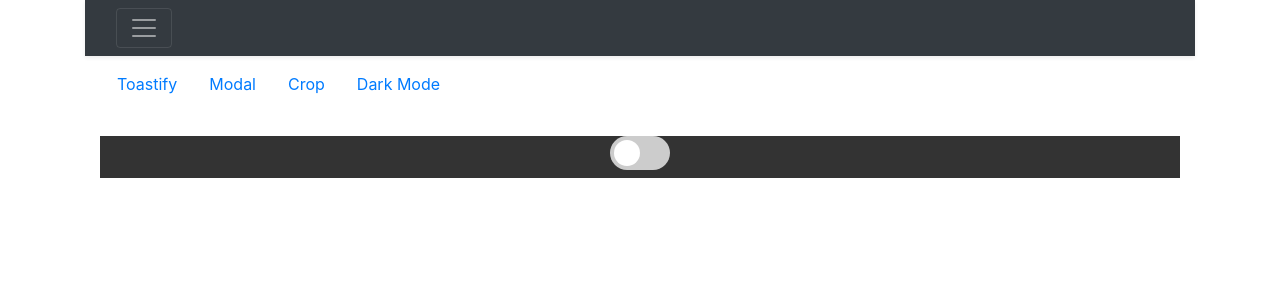
Repository: shankaraswal/react-multiple-ex
Page: /dark
An editor plug-in stored every save of this project. The page is shown before and after the next save, followed by the edit.
The browser window is 1280 px wide. The pictures show the whole page.
The project was rebuilt for these pictures with package versions that can differ from the ones it lists, and the page was loaded fresh each time. Also part of the build but not shown: src/components/Toastify/Toastify.js, src/components/common/CopyArea.js, src/components/ModalPop/ModalPop.js.

Above is the page before, as saved 2020-02-04 19:06:45.

### src/App.js
import React from 'react';
import {
  BrowserRouter as Router,
  Switch,
  Route
} from 'react-router-dom'

import Header from './components/common/Header'
import Navbar from './components/common/Navbar';

import Toastify from './components/Toastify/Toastify'
import ModalPop from './components/ModalPop/ModalPop'
import DarkMode from './components/DarkMode/DarkMode';

function App() {
  return (
    <div className="App container">
      <Router>
        <Header/>
       <Navbar />
        <Switch>
          <div className="container mt-4">
            <Route exact path='/' component={Toastify} />
            <Route path='/modal' component={ModalPop} />
            <Route path='/dark' component={DarkMode} />

          </div>

      </Switch>
      </Router>
    </div>
  );
}
export default App;

### src/components/common/Header.js

import React, { Component } from 'react'
import { NavLink } from 'react-router-dom'

export class Header extends Component {
  render() {
    return (
      <header>
  <div className="collapse bg-dark" id="navbarHeader">
    <div className="container">
      <div className="row">
        <div className="col-sm-8 col-md-7 py-4">
          <h4 className="text-white">About</h4>
          <p className="text-muted">Add some information about the album below, the author, or any other background context. Make it a few sentences long so folks can pick up some informative tidbits. Then, link them off to some social networking sites or contact information.</p>
        </div>
        <div className="col-sm-4 offset-md-1 py-4">
          <h4 className="text-white">Contact</h4>
          <ul className="list-unstyled">
            <li><NavLink className="text-white" to="/twitter">Follow on Twitter</NavLink></li>
            <li><NavLink className="text-white" to="/fb">Like on Facebook</NavLink></li>
            <li><NavLink className="text-white" to="/email">Email me</NavLink></li>
          </ul>
        </div>
      </div>
    </div>
  </div>
  <div className="navbar navbar-dark bg-dark shadow-sm">
    <div className="container d-flex justify-content-between">

      <button className="navbar-toggler" type="button" data-toggle="collapse" data-target="#navbarHeader" aria-controls="navbarHeader" aria-expanded="false" aria-label="Toggle navigation">
        <span className="navbar-toggler-icon"></span>
      </button>
    </div>
  </div>
</header>
    )
  }
}

export default Header

### src/components/common/Navbar.js
import React from 'react'
import { NavLink } from 'react-router-dom'

function Navbar (){

  return (
    <nav className="navbar navbar-right">
      <ul className="nav justify-content-end">
        <li className="nav-item">
          <NavLink className="nav-link" to="/">Toastify</NavLink>
        </li>
        <li className="nav-item">
          <NavLink className="nav-link" to="/modal">Modal</NavLink>
        </li>
        <li className="nav-item">
        <NavLink className="nav-link" to="/crop">Crop</NavLink>
        </li>
        <li className="nav-item">
        <NavLink className="nav-link" to="/dark">Dark Mode</NavLink>
        </li>
    </ul>
    </nav>
    )

}

export default Navbar

### src/components/DarkMode/DarkMode.js
import React, { useState, useEffect} from 'react'
import './DarkMode.css'

function DarkMode() {
  const [dark, setDark] = useState(false);

  return (
    <div className="dark-mode">
      <label className="switch">
        <input type="checkbox" onChange={()=>(setDark(!dark))} />
      <span className="slider round"></span>
    </label>
    </div>
  )
}
export default DarkMode;

### src/components/ModalPop/ModalPop.css
.App {
  text-align: center;
}

.App-logo {
  height: auto;
  pointer-events: none;
}

@media (prefers-reduced-motion: no-preference) {
  .App-logo {
    animation: App-logo-spin infinite 20s linear;
  }
}

.ReactModal__Overlay.ReactModal__Overlay--after-open {
  background-color: #000 !important;
}

.App-header {
  background-color: #282c34;
  min-height: auto;
  display: flex;
  flex-direction: column;
  align-items: center;
  justify-content: center;
  font-size: calc(10px + 2vmin);
  color: white;
}

.App-link {
  color: #61dafb;
}

@keyframes App-logo-spin {
  from {
    transform: rotate(0deg);
  }

  to {
    transform: rotate(360deg);
  }
}

### src/components/DarkMode/DarkMode.css
/* The switch - the box around the slider */
.switch {
  position: relative;
  display: inline-block;
  width: 60px;
  height: 34px;
}

/* Hide default HTML checkbox */
.switch input {
  opacity: 0;
  width: 0;
  height: 0;
}

/* The slider */
.slider {
  position: absolute;
  cursor: pointer;
  top: 0;
  left: 0;
  right: 0;
  bottom: 0;
  background-color: #ccc;
  -webkit-transition: .4s;
  transition: .4s;
}

.slider:before {
  position: absolute;
  content: "";
  height: 26px;
  width: 26px;
  left: 4px;
  bottom: 4px;
  background-color: white;
  -webkit-transition: .4s;
  transition: .4s;
}

input:checked+.slider {
  background-color: #000;
}

input:focus+.slider {
  box-shadow: 0 0 1px #2196F3;
}

input:checked+.slider:before {
  -webkit-transform: translateX(26px);
  -ms-transform: translateX(26px);
  transform: translateX(26px);
}

/* Rounded sliders */
.slider.round {
  border-radius: 34px;
}

.slider.round:before {
  border-radius: 50%;
}

.dark-mode {
  background: #333
}

Loaded but not shown: public/index.html (common file); src/index.js (common file); src/index.css (common file); src/serviceWorker.js (common file)

After the next save:
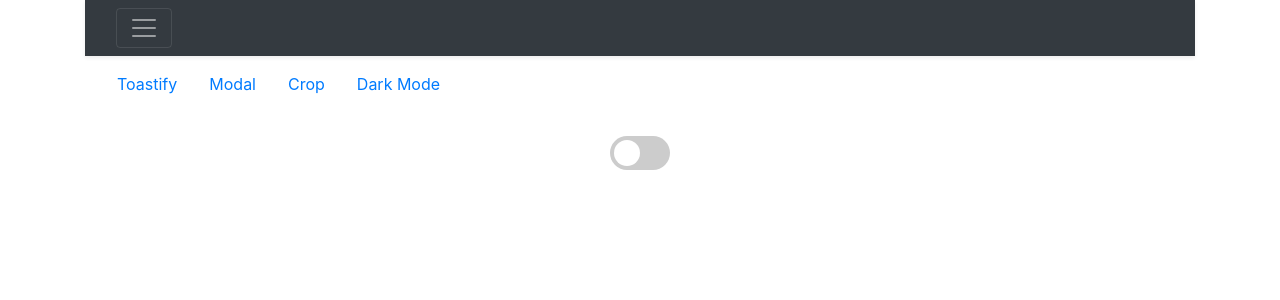
Saved 63 s later.
--- a/src/components/DarkMode/DarkMode.js
+++ b/src/components/DarkMode/DarkMode.js
@@ -5,7 +5,7 @@ function DarkMode() {
   const [dark, setDark] = useState(false);
 
   return (
-    <div className="dark-mode">
+    <div className={dark? "dark-mode": ""}>
       <label className="switch">
         <input type="checkbox" onChange={()=>(setDark(!dark))} />
       <span className="slider round"></span>
